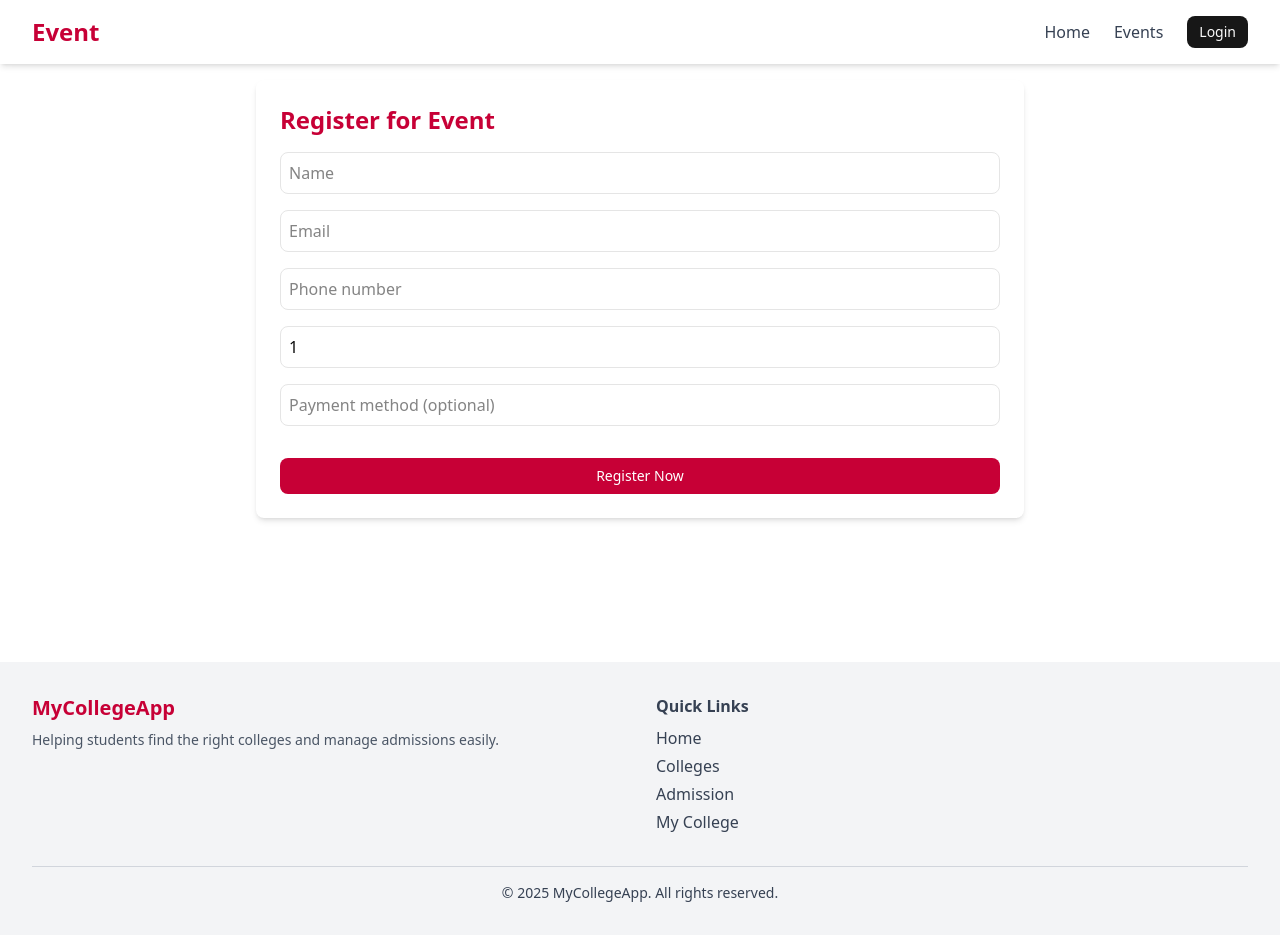
Repository: shshafin/event-client
Page: /event-register
An editor plug-in stored every save of this project. The page is shown before and after the next save, followed by the edit.
The browser window is 1280 px wide. The pictures show the whole page.
The page's requests for data from a server got no answer. The project was rebuilt for these pictures with package versions that can differ from the ones it lists, and the page was loaded fresh each time. The framework's server and built-in components were replaced by stand-ins that run in the browser. No one was signed in, and anything a server would have sent is missing. Also part of the build but not shown: next.config.ts, src/components/ui/dropdown-menu.tsx.

Above is the page before, as saved 2025-10-30 14:43:35.

After the next save:
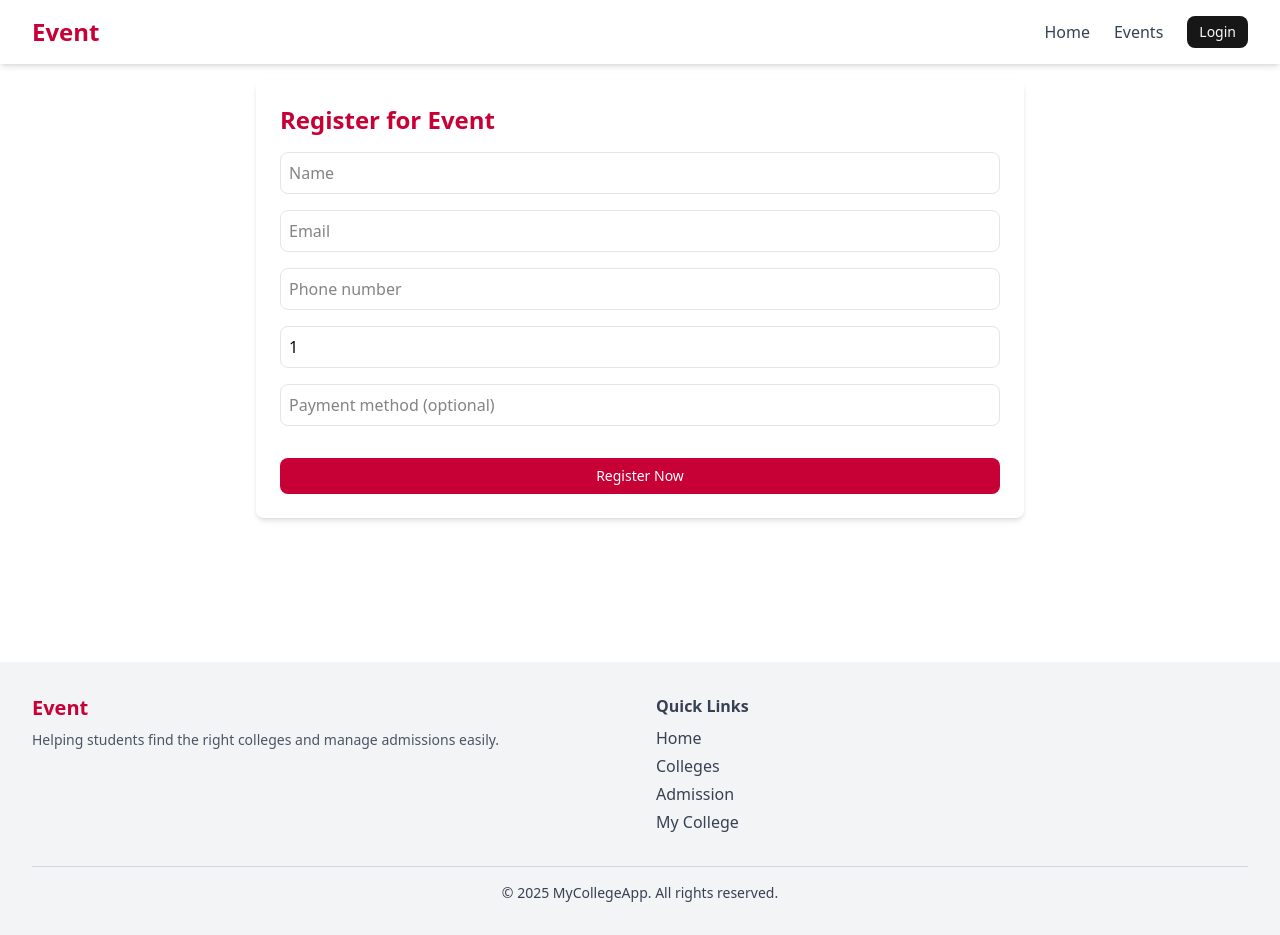
Saved 105 s later.
--- a/src/components/ui/Footer.tsx
+++ b/src/components/ui/Footer.tsx
@@ -10,7 +10,7 @@ export default function Footer() {
           {/* Logo & description */}
           <div>
             <span className="font-bold text-xl text-rose-700">
-              MyCollegeApp
+              Event
             </span>
             <p className="mt-2 text-sm text-gray-600 dark:text-gray-400">
               Helping students find the right colleges and manage admissions
